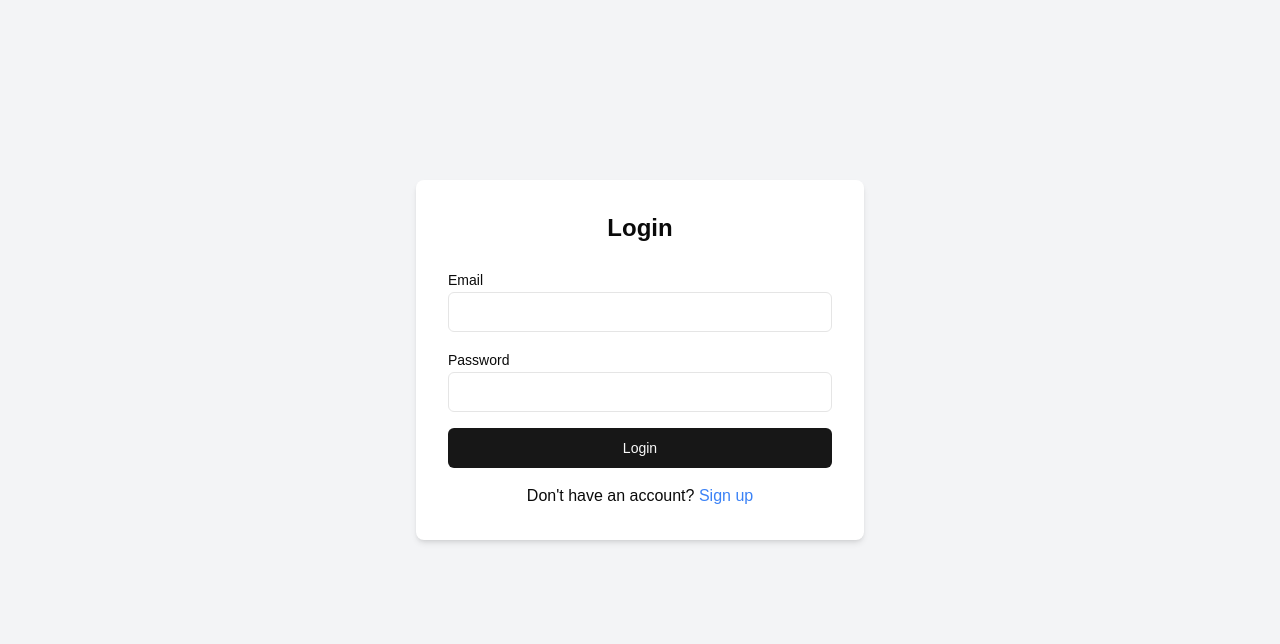
Repository: swapnil-panigrahi/annotator-group
Page: /login
The author's editor kept a copy of each file at every save. The page is drawn from the files as they stood at one save, then again after the next save.
The browser window is 1280 px wide. The pictures show the whole page.
The page's requests for data from a server got no answer. The project was rebuilt for these pictures with package versions that can differ from the ones it lists, and the page was loaded fresh each time. The framework's server and built-in components were replaced by stand-ins that run in the browser. No one was signed in, and anything a server would have sent is missing. Also part of the build but not shown: next.config.mjs.

Above is the page before, as saved 2025-02-07 23:44:08.

### app/layout.tsx
import type { Metadata } from 'next'
import './globals.css'

export const metadata: Metadata = {
  title: 'Annotator',
  description: '',
}

export default function RootLayout({
  children,
}: Readonly<{
  children: React.ReactNode
}>) {
  return (
    <html lang="en">
      <body>{children}</body>
    </html>
  )
}

### app/login/page.tsx
"use client"

import { useState } from "react"
import { useRouter } from "next/navigation"
import Link from "next/link"
import { Button } from "@/components/ui/button"
import { Input } from "@/components/ui/input"
import { Label } from "@/components/ui/label"
import { login } from "@/app/actions/auth"

export default function LoginPage() {
  const [email, setEmail] = useState("")
  const [password, setPassword] = useState("")
  const [error, setError] = useState("")
  const router = useRouter()

  const handleSubmit = async (e: React.FormEvent) => {
    e.preventDefault()
    setError("")

    try {
      const result = await login(email, password)
      if (result.success) {
        router.push("/annotate")
      } else {
        setError(result.error || "Login failed. Please try again.")
      }
    } catch (err) {
      console.error("Login error:", err)
      setError("An unexpected error occurred. Please try again.")
    }
  }

  return (
    <div className="flex items-center justify-center min-h-screen bg-gray-100">
      <div className="p-8 bg-white rounded-lg shadow-md w-full max-w-md">
        <h1 className="text-2xl font-bold mb-6 text-center">Login</h1>
        {error && <p className="text-red-500 mb-4 text-center">{error}</p>}
        <form onSubmit={handleSubmit} className="space-y-4">
          <div>
            <Label htmlFor="email">Email</Label>
            <Input id="email" type="email" value={email} onChange={(e) => setEmail(e.target.value)} required />
          </div>
          <div>
            <Label htmlFor="password">Password</Label>
            <Input
              id="password"
              type="password"
              value={password}
              onChange={(e) => setPassword(e.target.value)}
              required
            />
          </div>
          <Button type="submit" className="w-full">
            Login
          </Button>
        </form>
        <p className="mt-4 text-center">
          Don't have an account?{" "}
          <Link href="/signup" className="text-blue-500 hover:underline">
            Sign up
          </Link>
        </p>
      </div>
    </div>
  )
}

### components/ui/button.tsx
import * as React from "react"
import { Slot } from "@radix-ui/react-slot"
import { cva, type VariantProps } from "class-variance-authority"

import { cn } from "@/lib/utils"

const buttonVariants = cva(
  "inline-flex items-center justify-center gap-2 whitespace-nowrap rounded-md text-sm font-medium ring-offset-background transition-colors focus-visible:outline-none focus-visible:ring-2 focus-visible:ring-ring focus-visible:ring-offset-2 disabled:pointer-events-none disabled:opacity-50 [&_svg]:pointer-events-none [&_svg]:size-4 [&_svg]:shrink-0",
  {
    variants: {
      variant: {
        default: "bg-primary text-primary-foreground hover:bg-primary/90",
        destructive:
          "bg-destructive text-destructive-foreground hover:bg-destructive/90",
        outline:
          "border border-input bg-background hover:bg-accent hover:text-accent-foreground",
        secondary:
          "bg-secondary text-secondary-foreground hover:bg-secondary/80",
        ghost: "hover:bg-accent hover:text-accent-foreground",
        link: "text-primary underline-offset-4 hover:underline",
      },
      size: {
        default: "h-10 px-4 py-2",
        sm: "h-9 rounded-md px-3",
        lg: "h-11 rounded-md px-8",
        icon: "h-10 w-10",
      },
    },
    defaultVariants: {
      variant: "default",
      size: "default",
    },
  }
)

export interface ButtonProps
  extends React.ButtonHTMLAttributes<HTMLButtonElement>,
    VariantProps<typeof buttonVariants> {
  asChild?: boolean
}

const Button = React.forwardRef<HTMLButtonElement, ButtonProps>(
  ({ className, variant, size, asChild = false, ...props }, ref) => {
    const Comp = asChild ? Slot : "button"
    return (
      <Comp
        className={cn(buttonVariants({ variant, size, className }))}
        ref={ref}
        {...props}
      />
    )
  }
)
Button.displayName = "Button"

export { Button, buttonVariants }

### components/ui/input.tsx
import * as React from "react"

import { cn } from "@/lib/utils"

const Input = React.forwardRef<HTMLInputElement, React.ComponentProps<"input">>(
  ({ className, type, ...props }, ref) => {
    return (
      <input
        type={type}
        className={cn(
          "flex h-10 w-full rounded-md border border-input bg-background px-3 py-2 text-base ring-offset-background file:border-0 file:bg-transparent file:text-sm file:font-medium file:text-foreground placeholder:text-muted-foreground focus-visible:outline-none focus-visible:ring-2 focus-visible:ring-ring focus-visible:ring-offset-2 disabled:cursor-not-allowed disabled:opacity-50 md:text-sm",
          className
        )}
        ref={ref}
        {...props}
      />
    )
  }
)
Input.displayName = "Input"

export { Input }

### components/ui/label.tsx
"use client"

import * as React from "react"
import * as LabelPrimitive from "@radix-ui/react-label"
import { cva, type VariantProps } from "class-variance-authority"

import { cn } from "@/lib/utils"

const labelVariants = cva(
  "text-sm font-medium leading-none peer-disabled:cursor-not-allowed peer-disabled:opacity-70"
)

const Label = React.forwardRef<
  React.ElementRef<typeof LabelPrimitive.Root>,
  React.ComponentPropsWithoutRef<typeof LabelPrimitive.Root> &
    VariantProps<typeof labelVariants>
>(({ className, ...props }, ref) => (
  <LabelPrimitive.Root
    ref={ref}
    className={cn(labelVariants(), className)}
    {...props}
  />
))
Label.displayName = LabelPrimitive.Root.displayName

export { Label }

### app/actions/auth.ts
// "use server"

// import { cookies } from "next/headers"
// import prisma from "@/lib/prisma"
// import bcrypt from "bcryptjs"
// import { z } from "zod"

// const UserSchema = z.object({
//   email: z.string().email(),
//   password: z.string().min(6),
//   name: z.string().min(2),
// })

// export async function login(email: string, password: string) {
//   try {
//     const user = await prisma.user.findUnique({
//       where: { email },
//       select: {
//         id: true,
//         email: true,
//         password: true,
//         name: true,
//       },
//     })

//     if (!user) {
//       return { success: false, error: "Invalid email or password" }
//     }

//     const passwordMatch = await bcrypt.compare(password, user.password)
//     if (!passwordMatch) {
//       return { success: false, error: "Invalid email or password" }
//     }

//     // Don't include password in the cookie
//     const userWithoutPassword = {
//       id: user.id,
//       email: user.email,
//       name: user.name,
//     }

//     cookies().set("user", JSON.stringify(userWithoutPassword), {
//       httpOnly: true,
//       secure: process.env.NODE_ENV === "production",
//       sameSite: "strict",
//       maxAge: 60 * 60 * 24 * 7, // 1 week
//     })

//     return { success: true, user: userWithoutPassword }
//   } catch (error) {
//     console.error("Login error:", error)
//     return { success: false, error: "An error occurred during login" }
//   }
// }

// export async function signup(email: string, password: string, name: string) {
//   try {
//     const validatedData = UserSchema.parse({ email, password, name })

//     const existingUser = await prisma.user.findUnique({
//       where: { email: validatedData.email },
//     })

//     if (existingUser) {
//       return { success: false, error: "Email already exists" }
//     }

//     const hashedPassword = await bcrypt.hash(validatedData.password, 10)

//     const user = await prisma.user.create({
//       data: {
//         email: validatedData.email,
//         password: hashedPassword,
//         name: validatedData.name,
//       },
//       select: {
//         id: true,
//         email: true,
//         name: true,
//       },
//     })

//     cookies().set("user", JSON.stringify(user), {
//       httpOnly: true,
//       secure: process.env.NODE_ENV === "production",
//       sameSite: "strict",
//       maxAge: 60 * 60 * 24 * 7, // 1 week
//     })

//     return { success: true, user }
//   } catch (error) {
//     if (error instanceof z.ZodError) {
//       return { success: false, error: error.errors[0].message }
//     }
//     console.error("Signup error:", error)
//     return { success: false, error: "An error occurred during signup" }
//   }
// }

// export async function logout() {
//   cookies().delete("user")
//   return { success: true }
// }

// export async function getUser() {
//   const userCookie = cookies().get("user")
//   if (!userCookie) return null

//   try {
//     return JSON.parse(userCookie.value)
//   } catch {
//     return null
//   }
// }

Loaded but not shown: app/globals.css (common file); lib/utils.ts (common file); tailwind.config.ts (common file)

After the next save:
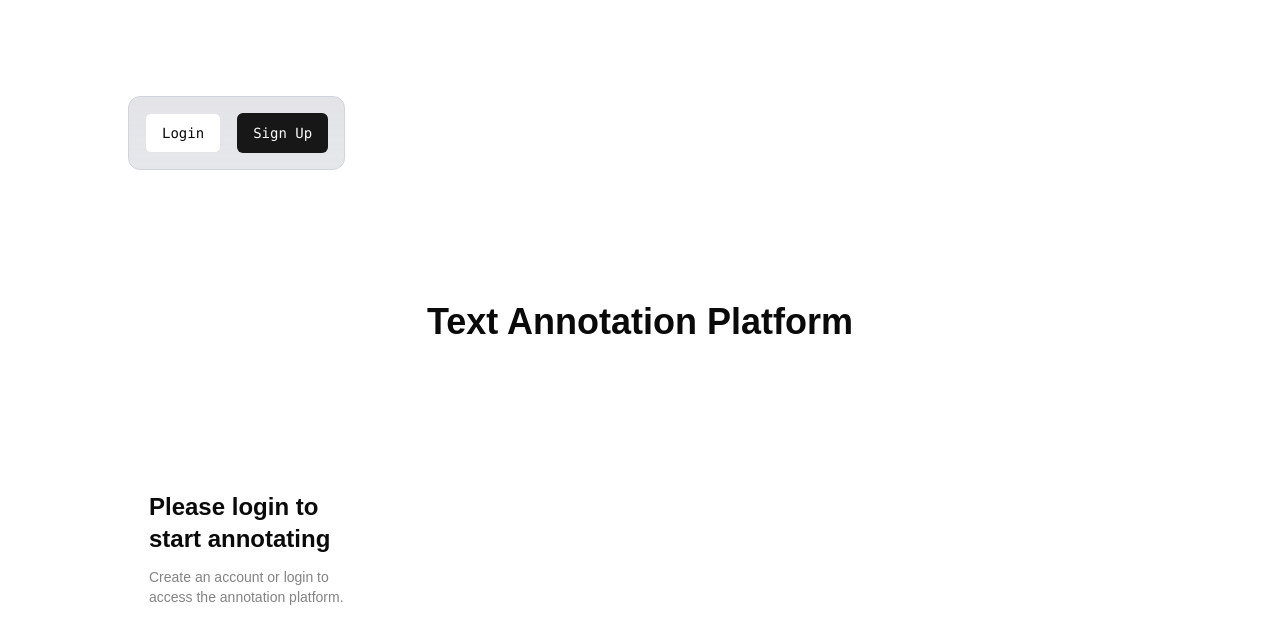
Saved 52 s later.
--- a/app/login/page.tsx
+++ b/app/login/page.tsx
@@ -1,67 +1,114 @@
 "use client"
 
-import { useState } from "react"
+import { useEffect, useState } from "react"
 import { useRouter } from "next/navigation"
 import Link from "next/link"
 import { Button } from "@/components/ui/button"
-import { Input } from "@/components/ui/input"
-import { Label } from "@/components/ui/label"
-import { login } from "@/app/actions/auth"
 
-export default function LoginPage() {
-  const [email, setEmail] = useState("")
-  const [password, setPassword] = useState("")
-  const [error, setError] = useState("")
+interface User {
+  id: string
+  email: string
+  name: string
+}
+
+export default function Home() {
+  const [user, setUser] = useState<User | null>(null)
+  const [loading, setLoading] = useState(true)
   const router = useRouter()
 
-  const handleSubmit = async (e: React.FormEvent) => {
-    e.preventDefault()
-    setError("")
+  useEffect(() => {
+    // Check if user is logged in by trying to fetch user data
+    const checkAuth = async () => {
+      try {
+        const response = await fetch("/api/auth/user")
+        if (response.ok) {
+          const data = await response.json()
+          setUser(data.user)
+        }
+      } catch (error) {
+        console.error("Auth check failed:", error)
+      } finally {
+        setLoading(false)
+      }
+    }
 
+    checkAuth()
+  }, [])
+
+  const handleLogout = async () => {
     try {
-      const result = await login(email, password)
-      if (result.success) {
-        router.push("/annotate")
-      } else {
-        setError(result.error || "Login failed. Please try again.")
-      }
-    } catch (err) {
-      console.error("Login error:", err)
-      setError("An unexpected error occurred. Please try again.")
+      await fetch("/api/auth/logout", { method: "POST" })
+      setUser(null)
+      router.push("/login")
+      router.refresh()
+    } catch (error) {
+      console.error("Logout failed:", error)
     }
   }
 
+  if (loading) {
+    return (
+      <div className="flex items-center justify-center min-h-screen">
+        <div className="animate-spin rounded-full h-8 w-8 border-b-2 border-gray-900"></div>
+      </div>
+    )
+  }
+
   return (
-    <div className="flex items-center justify-center min-h-screen bg-gray-100">
-      <div className="p-8 bg-white rounded-lg shadow-md w-full max-w-md">
-        <h1 className="text-2xl font-bold mb-6 text-center">Login</h1>
-        {error && <p className="text-red-500 mb-4 text-center">{error}</p>}
-        <form onSubmit={handleSubmit} className="space-y-4">
-          <div>
-            <Label htmlFor="email">Email</Label>
-            <Input id="email" type="email" value={email} onChange={(e) => setEmail(e.target.value)} required />
+    <main className="flex min-h-screen flex-col items-center justify-between p-24">
+      <div className="z-10 max-w-5xl w-full items-center justify-between font-mono text-sm lg:flex">
+        <div className="fixed left-0 top-0 flex w-full justify-center border-b border-gray-300 bg-gradient-to-b from-zinc-200 pb-6 pt-8 backdrop-blur-2xl lg:static lg:w-auto lg:rounded-xl lg:border lg:bg-gray-200 lg:p-4">
+          {user ? (
+            <div className="flex items-center gap-4">
+              <p>Welcome, {user.name}</p>
+              <Button onClick={handleLogout} variant="outline">
+                Logout
+              </Button>
+            </div>
+          ) : (
+            <div className="flex items-center gap-4">
+              <Link href="/login">
+                <Button variant="outline">Login</Button>
+              </Link>
+              <Link href="/signup">
+                <Button>Sign Up</Button>
+              </Link>
+            </div>
+          )}
+        </div>
+      </div>
+
+      <div className="relative flex place-items-center">
+        <h1 className="text-4xl font-bold">Text Annotation Platform</h1>
+      </div>
+
+      <div className="mb-32 grid text-center lg:max-w-5xl lg:w-full lg:mb-0 lg:grid-cols-4 lg:text-left">
+        {user ? (
+          <Link
+            href="/annotate"
+            className="group rounded-lg border border-transparent px-5 py-4 transition-colors hover:border-gray-300 hover:bg-gray-100"
+          >
+            <h2 className="mb-3 text-2xl font-semibold">
+              Start Annotating{" "}
+              <span className="inline-block transition-transform group-hover:translate-x-1 motion-reduce:transform-none">
+                →
+              </span>
+            </h2>
+            <p className="m-0 max-w-[30ch] text-sm opacity-50">
+              Begin annotating texts and contribute to our platform.
+            </p>
+          </Link>
+        ) : (
+          <div className="group rounded-lg border border-transparent px-5 py-4">
+            <h2 className="mb-3 text-2xl font-semibold">
+              Please login to start annotating
+            </h2>
+            <p className="m-0 max-w-[30ch] text-sm opacity-50">
+              Create an account or login to access the annotation platform.
+            </p>
           </div>
-          <div>
-            <Label htmlFor="password">Password</Label>
-            <Input
-              id="password"
-              type="password"
-              value={password}
-              onChange={(e) => setPassword(e.target.value)}
-              required
-            />
-          </div>
-          <Button type="submit" className="w-full">
-            Login
-          </Button>
-        </form>
-        <p className="mt-4 text-center">
-          Don't have an account?{" "}
-          <Link href="/signup" className="text-blue-500 hover:underline">
-            Sign up
-          </Link>
-        </p>
+        )}
       </div>
-    </div>
+    </main>
   )
 }
